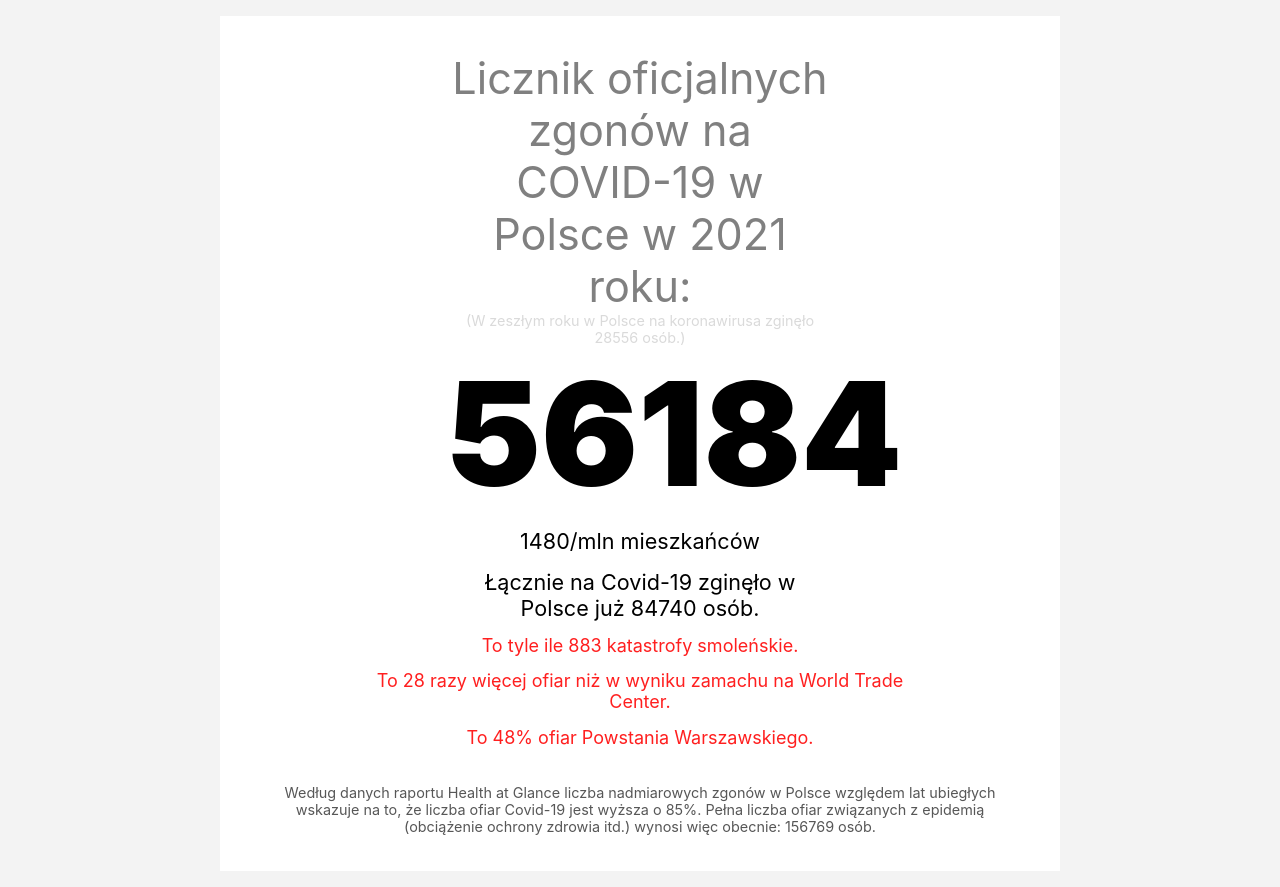
Repository: michalgornicki/poland-covid
Page: /
An editor plug-in stored every save of this project. The page is shown before and after the next save, followed by the edit.
The browser window is 1280 px wide. The pictures show the whole page.
The project was rebuilt for these pictures with package versions that can differ from the ones it lists, and the page was loaded fresh each time.

Above is the page before, as saved 2021-12-04 21:25:49.

### src/App.jsx
import React, { useEffect } from "react";
import "./App.css";

function App() {
  const startTime = () => {
    const date = new Date();
    let miliseconds = date.getTime();
    let seconds = Math.round(miliseconds / 1000);
    let thisYearSeconds = Math.round(seconds - 1609401600);
    let deaths = Math.round(thisYearSeconds * 0.00192110763);
    let allDeaths = deaths + 28556;
    let excessDeaths = Math.round(allDeaths*1.85);
    let smolensk = Math.round(allDeaths / 96);
    let tradeCenter = Math.round(allDeaths / 2977);
    let uprising = (allDeaths / 175000).toFixed(2) * 100;


    document.getElementsByClassName("counter")[0].innerHTML = deaths;
    let deathsPerMillion = Math.round(deaths / 37.95);
    document.getElementsByClassName("counter-2")[0].innerHTML =
      deathsPerMillion + "/mln mieszkańców";
    document.getElementsByClassName("counter-3")[0].innerHTML =
      "Łącznie na Covid-19 zginęło w Polsce już " + (deaths + 28556) + " osób.";
    document.getElementsByClassName("counter-4")[0].innerHTML =
      "To tyle ile " + smolensk + " katastrofy smoleńskie.";
      document.getElementsByClassName("counter-4")[1].innerHTML =
      "To " + tradeCenter + " razy więcej ofiar niż w wyniku zamachu na World Trade Center.";
      document.getElementsByClassName("counter-4")[2].innerHTML =
      "To " + uprising + "% ofiar Powstania Warszawskiego.";

      document.getElementsByClassName("counter-5")[0].innerHTML =
      "Według danych raportu Health at Glance liczba nadmiarowych zgonów w Polsce względem lat ubiegłych wskazuje na to, że liczba ofiar Covid-19 jest wyższa o 85%. Pełna liczba ofiar związanych z epidemią (obciążenie ochrony zdrowia itd.) wynosi więc obecnie: " + (excessDeaths) + " osób.";

    setTimeout(startTime, 1000);
  };

  useEffect(() => {
    startTime();
  });

  return (
    <p>
      <div className="text-container">
        <div className="header">
          Licznik oficjalnych zgonów na COVID-19 w Polsce w 2021 roku:
        </div>
        <div className="header-2">
          (W zeszłym roku w Polsce na koronawirusa zginęło 28556 osób.)
        </div>
        <div className="counter">{""}</div>
        <div className="counter">{""}</div>
        <div className="counter-2">{""}</div>
        <div className="counter-3"></div>
        <div className="counter-4"></div>
        <div className="counter-4"></div>
        <div className="counter-4"></div>
        <div className="counter-5"></div>
      </div>
    </p>
  );
}

export default App;

### src/App.css
body{
    background-color: rgb(243, 243, 243);
}

.text-container{
    display: block;
    margin: auto;
    background-color: white;
    width: 60%;
    padding: 5vmin;
}

.header{
    font-size: 6vmin;
    display: block;
    margin: auto;
    width: 50%;
    text-align: center;
    color: gray;
}

.header-2{
    font-size: 2vmin;
    display: block;
    margin: auto;
    width: 50%;
    text-align: center;
    color: rgb(218, 218, 218);
}

.counter{
    font-size: 20vmin;
    font-weight: 900;
    display: block;
    margin: auto;
    width: 50%;
    text-align: center;
    color: rgb(0, 0, 0);
}

.counter-2{
    font-size: 3vmin;
    display: block;
    margin: auto;
    margin-top: 1vmin;
    width: 50%;
    text-align: center;
}

.counter-3{
    font-size: 3vmin;
    display: block;
    margin: auto;
    margin-top: 2vmin;
    width: 50%;
    text-align: center;
    color: rgb(0, 0, 0);
}

.counter-4{
    font-size: 2.5vmin;
    display: block;
    margin: auto;
    margin-top: 2vmin;
    width: 70%;
    text-align: center;
    color: rgb(255, 31, 31);
}


.counter-5{
    font-size: 2vmin;
    display: block;
    margin: auto;
    margin-top: 5vmin;
    width: fit-content;
    text-align: center;
    color: rgb(87, 87, 87);
}

@media only screen and (max-width: 800px) {

    .text-container{
        display: block;
        margin: auto;
        margin-top: 3%;
        background-color: white;
        width: 90%;
        padding: 5vmin;
    }

    .header{
        font-size: 9vmin;
        display: block;
        margin: auto;
        width: 100%;
        text-align: center;
        color: gray;
    }

    .header-2{
        font-size: 5vmin;
        display: block;
        margin: auto;
        width: 100%;
        text-align: center;
        color: rgb(218, 218, 218);
    }

    .counter{
        font-size: 28vmin;
        font-weight: 900;
        display: block;
        margin: auto;
        width: fit-content;
        text-align: center;
        color: rgb(0, 0, 0);
    }

    .counter-2{
        font-size: 6vmin;
        display: block;
        margin: auto;
        margin-top: 1vmin;
        width: fit-content;
        text-align: center;
    }

    .counter-3{
        font-size: 6vmin;
        display: block;
        margin: auto;
        margin-top: 2vmin;
        width: fit-content;
        text-align: center;
        color: rgb(0, 0, 0);
    }

    .counter-4{
        font-size: 6vmin;
        display: block;
        margin: auto;
        margin-top: 5vmin;
        width: fit-content;
        text-align: center;
        color: rgb(255, 31, 31);
    }


    .counter-5{
        font-size: 5vmin;
        display: block;
        margin: auto;
        margin-top: 5vmin;
        width: fit-content;
        text-align: center;
        color: rgb(87, 87, 87);
    }

}

Loaded but not shown: public/index.html (common file); src/index.js (common file); src/index.css (common file); src/reportWebVitals.js (common file)

After the next save:
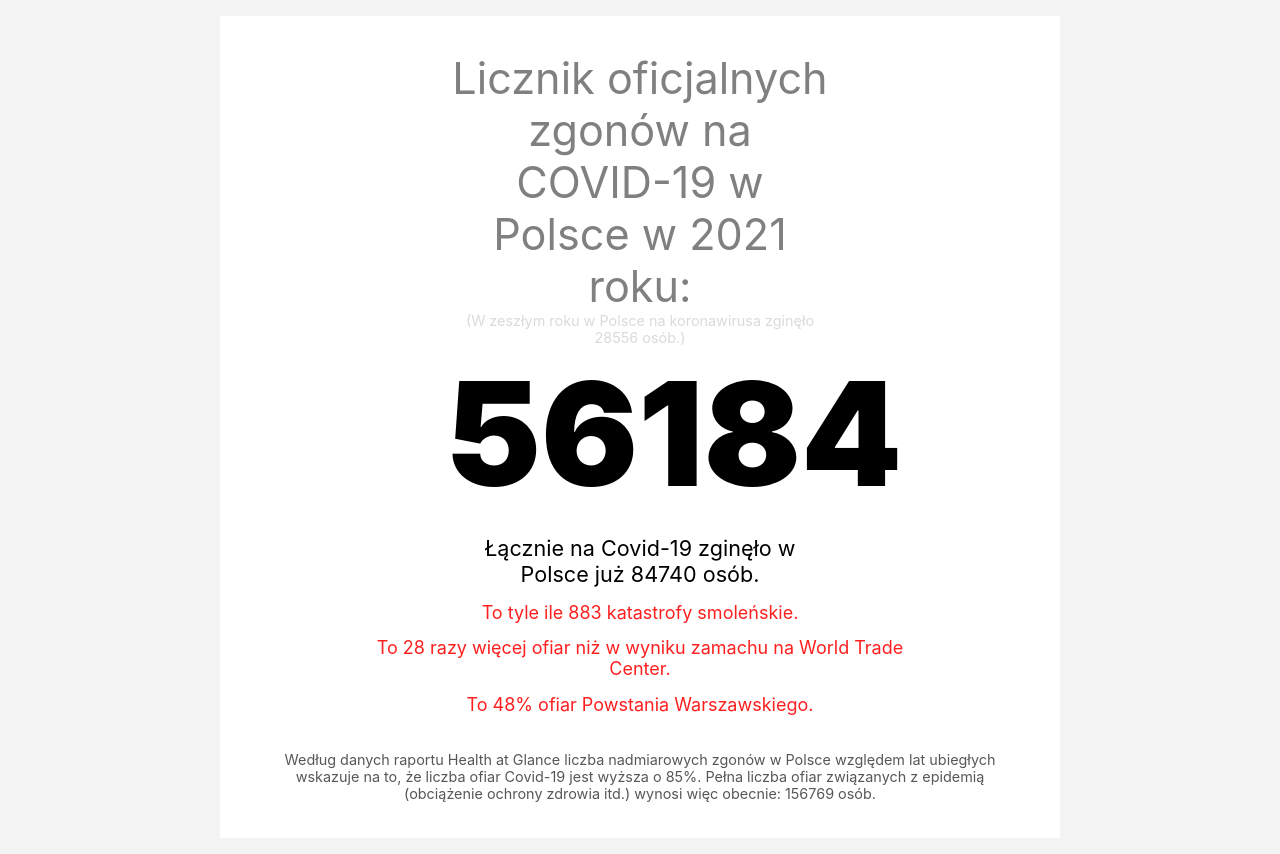
Saved 25 s later.
--- a/src/App.jsx
+++ b/src/App.jsx
@@ -17,8 +17,7 @@
 
     document.getElementsByClassName("counter")[0].innerHTML = deaths;
     let deathsPerMillion = Math.round(deaths / 37.95);
-    document.getElementsByClassName("counter-2")[0].innerHTML =
-      deathsPerMillion + "/mln mieszkańców";
+
     document.getElementsByClassName("counter-3")[0].innerHTML =
       "Łącznie na Covid-19 zginęło w Polsce już " + (deaths + 28556) + " osób.";
     document.getElementsByClassName("counter-4")[0].innerHTML =

After the save that followed:
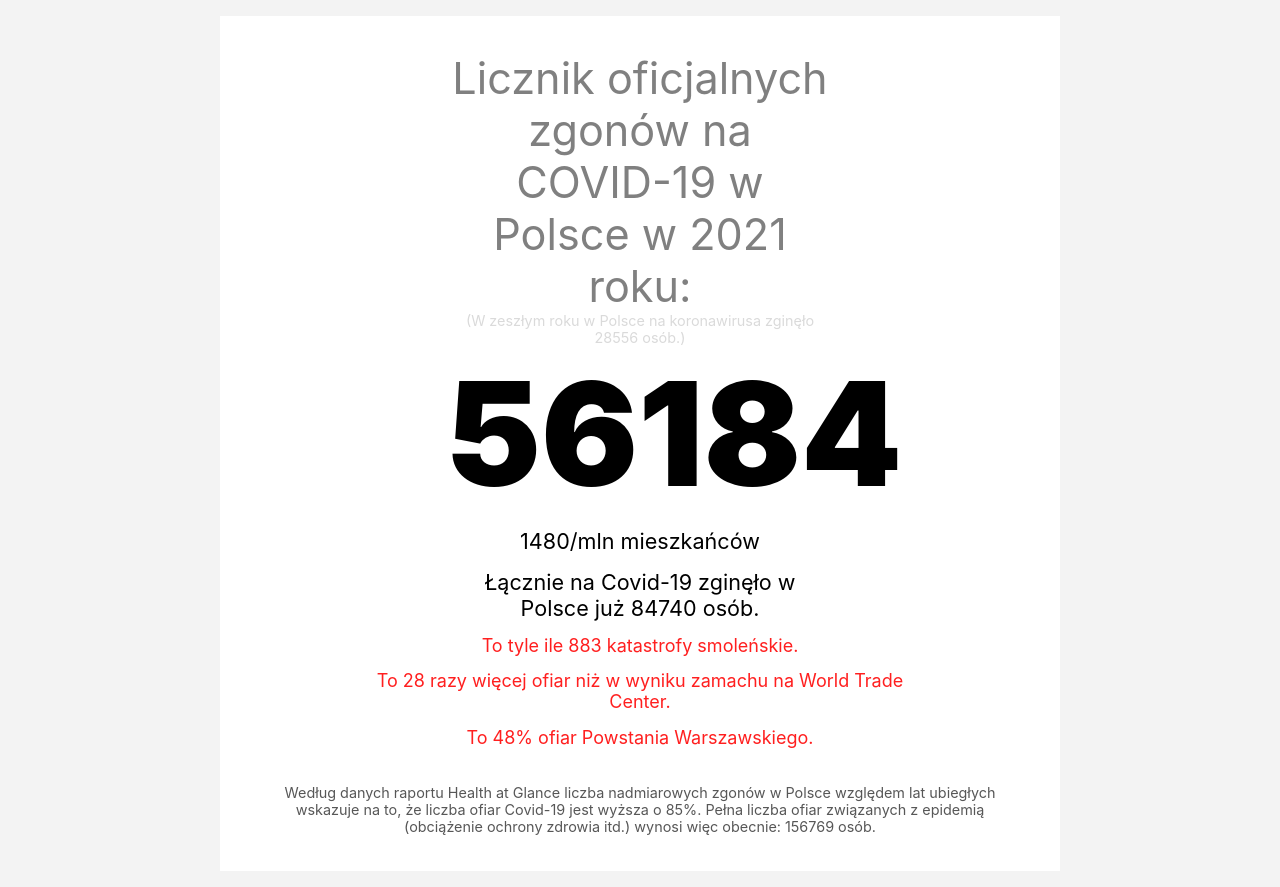
Saved 4 s later.
--- a/src/App.jsx
+++ b/src/App.jsx
@@ -17,7 +17,8 @@
 
     document.getElementsByClassName("counter")[0].innerHTML = deaths;
     let deathsPerMillion = Math.round(deaths / 37.95);
-
+    document.getElementsByClassName("counter-2")[0].innerHTML =
+      deathsPerMillion + "/mln mieszkańców";
     document.getElementsByClassName("counter-3")[0].innerHTML =
       "Łącznie na Covid-19 zginęło w Polsce już " + (deaths + 28556) + " osób.";
     document.getElementsByClassName("counter-4")[0].innerHTML =
